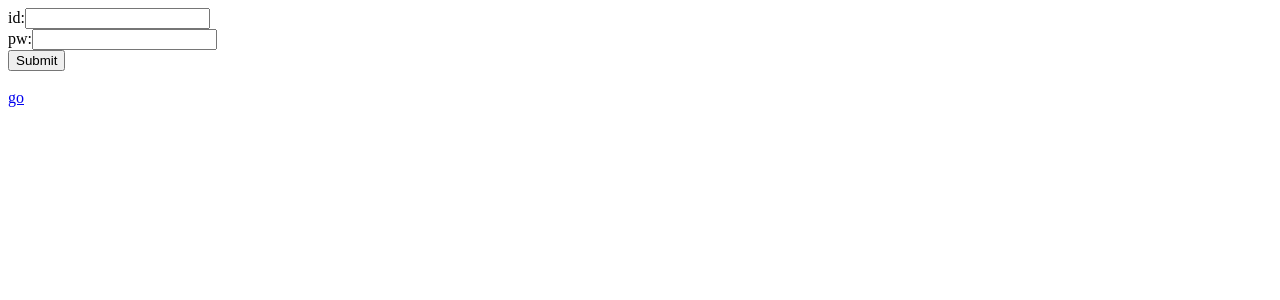
Repository: hwa3845/fullstackjava
Page: http://localhost/web02/ex07.jsp
An editor plug-in stored every save of this project. The page is shown before and after the next save, followed by the edit.
The browser window is 1280 px wide. The pictures show the whole page.
The page is served by Tomcat 9.

Above is the page before, as saved 2025-04-15 03:36:45.

### webWorkspace/web02/WebContent/ex07.jsp
<%@ page language="java" contentType="text/html; charset=UTF-8"
    pageEncoding="UTF-8"%>
<!DOCTYPE html PUBLIC "-//W3C//DTD HTML 4.01 Transitional//EN" "http://www.w3.org/TR/html4/loose.dtd">
<html>
<head>
<meta http-equiv="Content-Type" content="text/html; charset=UTF-8">
<title>Insert title here</title>
</head>
<body>
<form action="ex08.jsp" method="post">
	id:<input type="text" name="id" ><br/>
	pw:<input type="text" name="pw" ><br/>
	<input type="submit">
</form>
<br>
<a href="ex08.jsp?id=abcd&pw=1234">go</a>
</body>
</html>

After the next save:
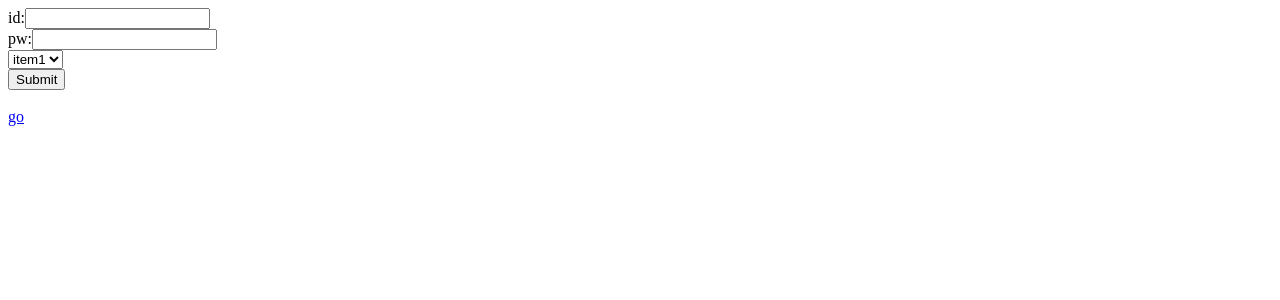
Saved 59 s later.
--- a/webWorkspace/web02/WebContent/ex07.jsp
+++ b/webWorkspace/web02/WebContent/ex07.jsp
@@ -10,6 +10,12 @@
 <form action="ex08.jsp" method="post">
 	id:<input type="text" name="id" ><br/>
 	pw:<input type="text" name="pw" ><br/>
+	<select name="sel">
+		<option>item1</option>
+		<option>item2</option>
+		<option>item3</option>
+		<option>item4</option>
+	</select><br>
 	<input type="submit">
 </form>
 <br>
